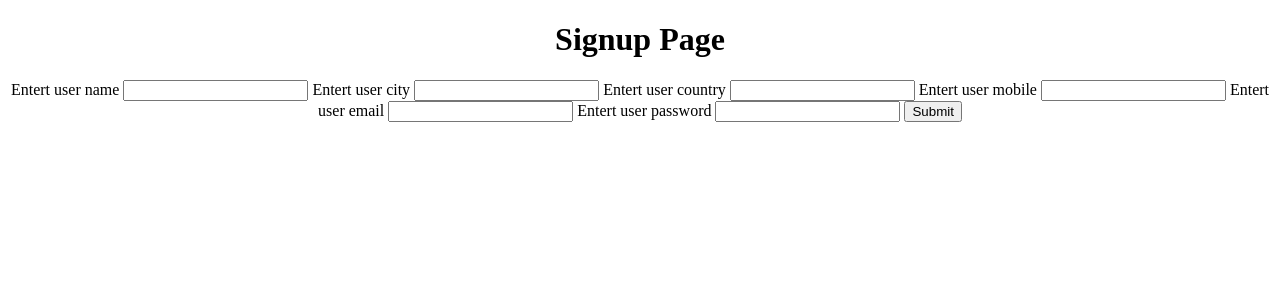
Repository: Suhail-Ahmad-Khan/iplwebapp
Page: http://localhost/IPLWebapp2016/WEB-INF/jsp/signup.jsp
The author's editor kept a copy of each file at every save. The page is drawn from the files as they stood at one save, then again after the next save.
The browser window is 1280 px wide. The pictures show the whole page.
The page is served by Tomcat 9. Nobody is signed in. Other server files are loaded and not shown. The template is opened directly, without the code that normally fills it, so the values that code supplies are empty.

Above is the page before, as saved 2016-12-01 06:05:01.

### IPLWebapp2016/src/main/webapp/WEB-INF/jsp/signup.jsp
<%@ page language="java" contentType="text/html; charset=UTF-8"
	pageEncoding="UTF-8"%>
<%@ taglib uri="http://www.springframework.org/tags/form" prefix="form"%>
<!DOCTYPE html PUBLIC "-//W3C//DTD HTML 4.01 Transitional//EN" "http://www.w3.org/TR/html4/loose.dtd">
<html>
<head>
<meta http-equiv="Content-Type" content="text/html; charset=UTF-8">
<title>Signup Page</title>
</head>
<body style="text-align: center">
	<h1>Signup Page</h1>
	<center>
		<form:form action="signupPage" commandName="user" method="post">
		Entert user name
			<form:input type="text" path="name" />
			Entert user city
			<form:input type="text" path="city" />
			Entert user country
			<form:input type="text" path="country" />
			Entert user mobile
			<form:input type="text" path="mobile" />
			Entert user email
			<form:input type="email" path="email" />
Entert user password
			<form:input type="password" path="password" />
<form:input type="submit" path=""/>
</form:form>
	</center>


</body>
</html>

After the next save:
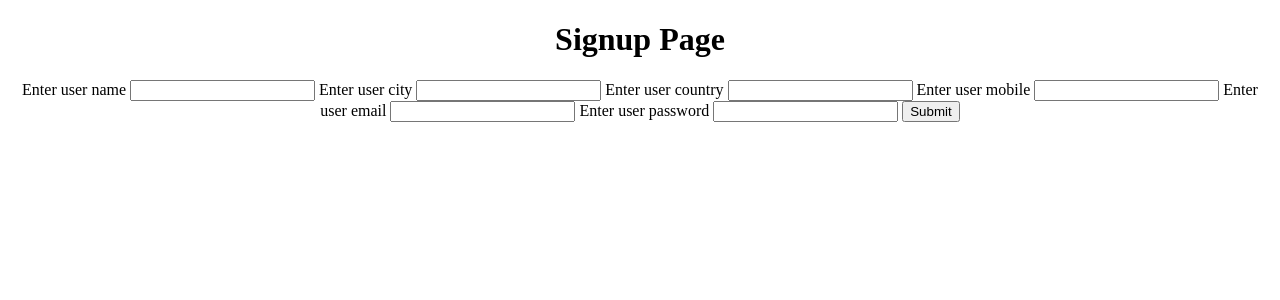
Saved 8 min 15 s later.
--- a/IPLWebapp2016/src/main/webapp/WEB-INF/jsp/signup.jsp
+++ b/IPLWebapp2016/src/main/webapp/WEB-INF/jsp/signup.jsp
@@ -11,20 +11,20 @@
 	<h1>Signup Page</h1>
 	<center>
 		<form:form action="signupPage" commandName="user" method="post">
-		Entert user name
+		Enter user name
 			<form:input type="text" path="name" />
-			Entert user city
+			Enter user city
 			<form:input type="text" path="city" />
-			Entert user country
+			Enter user country
 			<form:input type="text" path="country" />
-			Entert user mobile
+			Enter user mobile
 			<form:input type="text" path="mobile" />
-			Entert user email
+			Enter user email
 			<form:input type="email" path="email" />
-Entert user password
+Enter user password
 			<form:input type="password" path="password" />
-<form:input type="submit" path=""/>
-</form:form>
+			<form:input type="submit" path="" />
+		</form:form>
 	</center>
 
 
